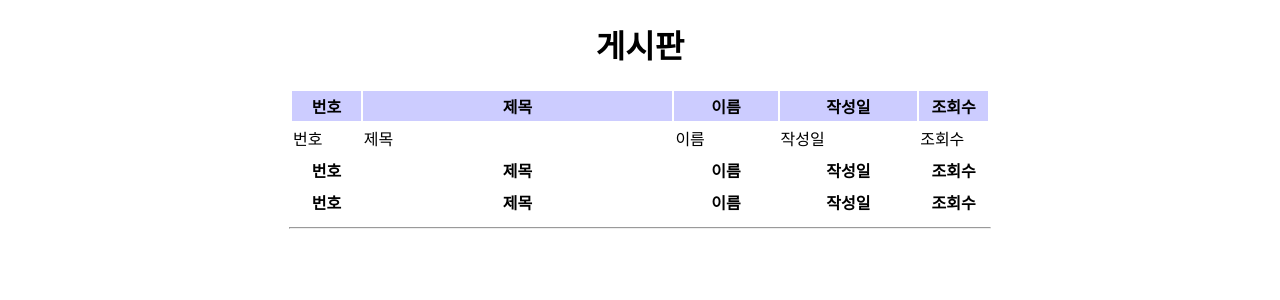
Repository: Rummikub/DBStudy
Page: HTML Project3/WebContent/html/list.html
The author's editor kept a copy of each file at every save. The page is drawn from the files as they stood at one save, then again after the next save.
The browser window is 1280 px wide. The pictures show the whole page.

Above is the page before, as saved 2020-02-05 06:37:23.

After the next save:
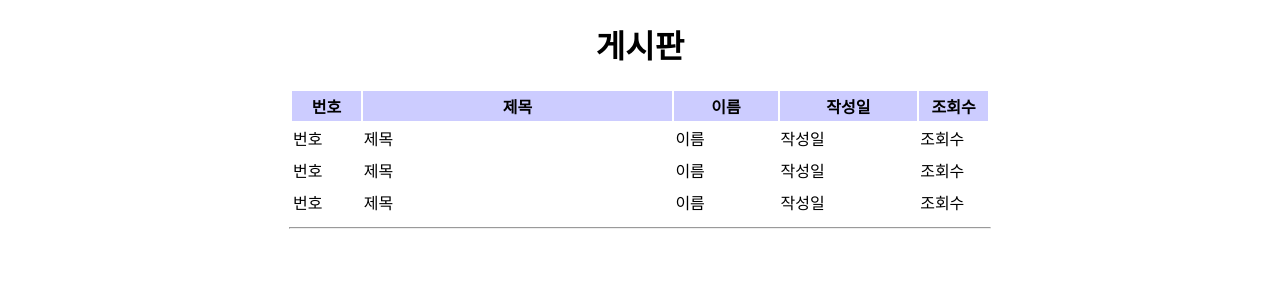
Saved 31 s later.
--- a/HTML Project3/WebContent/html/list.html
+++ b/HTML Project3/WebContent/html/list.html
@@ -23,18 +23,18 @@
 	   <td width=10%>조회수</td>
 	  </tr>
 	  <tr height="30">
-	   <th width=10%>번호</th>
-	   <th width=45%>제목</th>
-	   <th width=15%>이름</th>
-	   <th width=20%>작성일</th>
-	   <th width=10%>조회수</th>
+	   <td width=10%>번호</td>
+	   <td width=45%>제목</td>
+	   <td width=15%>이름</td>
+	   <td width=20%>작성일</td>
+	   <td width=10%>조회수</td>
 	  </tr>
 	  <tr height="30">
-	   <th width=10%>번호</th>
-	   <th width=45%>제목</th>
-	   <th width=15%>이름</th>
-	   <th width=20%>작성일</th>
-	   <th width=10%>조회수</th>
+	   <td width=10%>번호</td>
+	   <td width=45%>제목</td>
+	   <td width=15%>이름</td>
+	   <td width=20%>작성일</td>
+	   <td width=10%>조회수</td>
 	  </tr>
 	 </table>
 	 <hr width=700>
